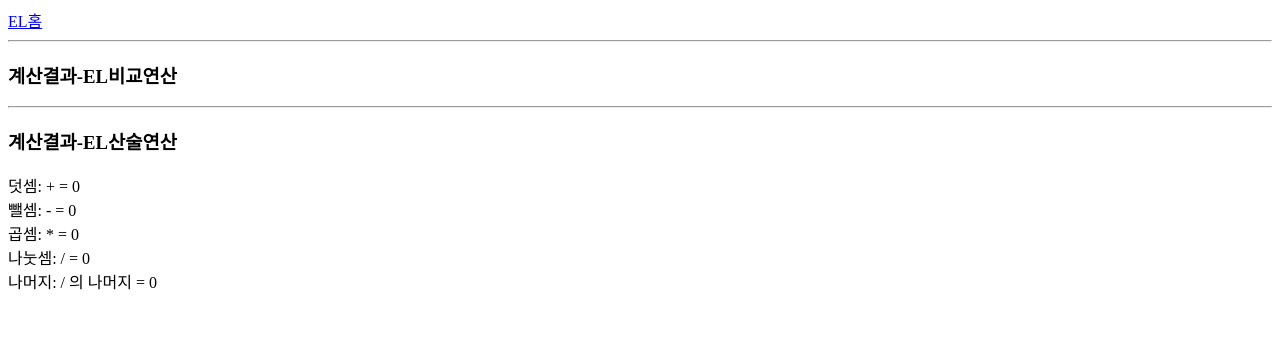
Repository: linklifejo/study_web
Page: http://localhost/servlet02/el/calculator_result.jsp
An editor plug-in stored every save of this project. The page is shown before and after the next save, followed by the edit.
The browser window is 1280 px wide. The pictures show the whole page.
The page is served by Tomcat 9. Other server files are loaded and not shown.

Above is the page before, as saved 2023-02-07 01:59:37.

### servlet02/src/main/webapp/el/calculator_result.jsp
<%@ page language="java" contentType="text/html; charset=UTF-8"
    pageEncoding="UTF-8"%>
<!DOCTYPE html>
<html>
<head>
<meta charset="UTF-8">
<title>Insert title here</title>
</head>
<body>
<a href='index.jsp'>EL홈</a>
<hr>
<h3>계산결과-EL비교연산</h3>

<hr>
<h3>계산결과-EL산술연산</h3>
<div>덧셈: ${param.no1} + ${param.no2} = ${param.no1 + param.no2}</div>
<div>뺄셈: ${param.no1} - ${param.no2} = ${param.no1 - param.no2}</div>
<div>곱셈: ${param.no1} * ${param.no2} = ${param.no1 * param.no2}</div>
<div>나눗셈: ${param.no1} / ${param.no2} =
			${param.no2==0 ? 0 : param.no1 div param.no2}</div>
<div>나머지: ${param.no1} / ${param.no2}의 나머지 =
			${param.no2==0 ? param.no1 : param.no1 mod param.no2}</div>

</body>
</html>

After the next save:
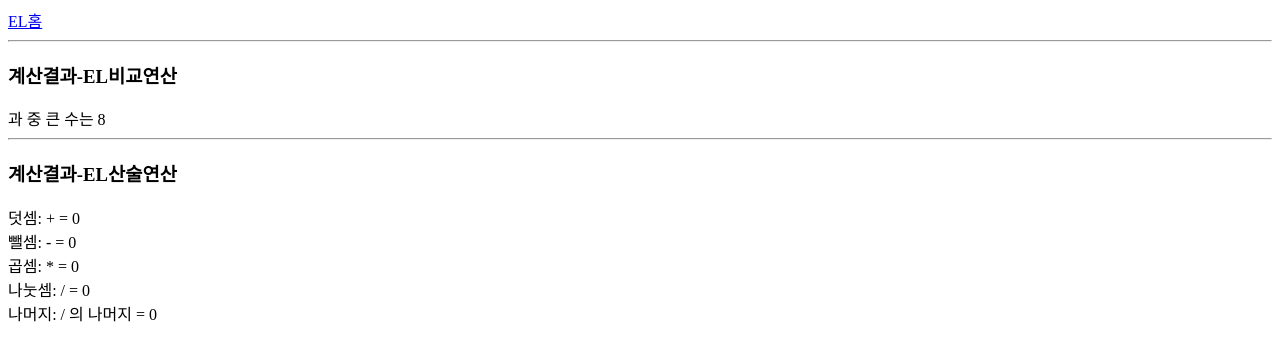
Saved 46 s later.
--- a/servlet02/src/main/webapp/el/calculator_result.jsp
+++ b/servlet02/src/main/webapp/el/calculator_result.jsp
@@ -10,7 +10,7 @@
 <a href='index.jsp'>EL홈</a>
 <hr>
 <h3>계산결과-EL비교연산</h3>
-
+<div>${param.no1} 과 ${param.no2} 중 큰 수는 8</div>
 <hr>
 <h3>계산결과-EL산술연산</h3>
 <div>덧셈: ${param.no1} + ${param.no2} = ${param.no1 + param.no2}</div>
